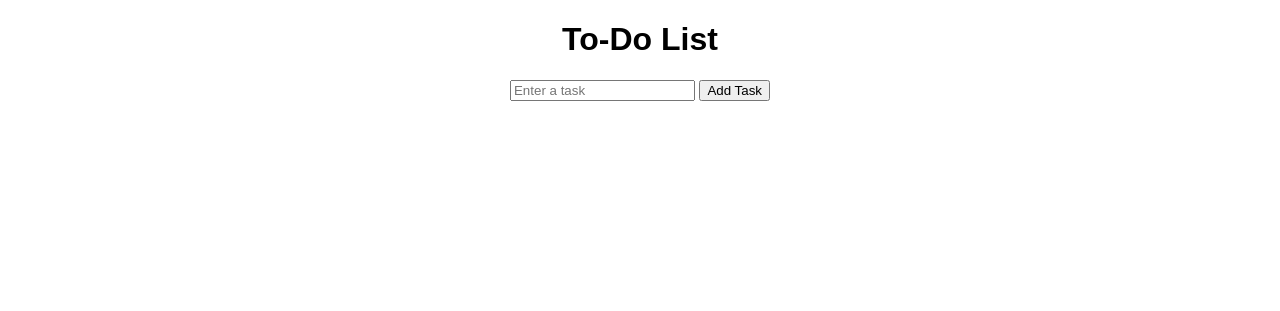
Repository: nightmar3fuel/Orano_JSACTIVITIES
Page: JS02/JS02.html
An editor plug-in stored every save of this project. The page is shown before and after the next save, followed by the edit.
The browser window is 1280 px wide. The pictures show the whole page.

Above is the page before, as saved 2025-01-16 16:30:19.

After the next save:
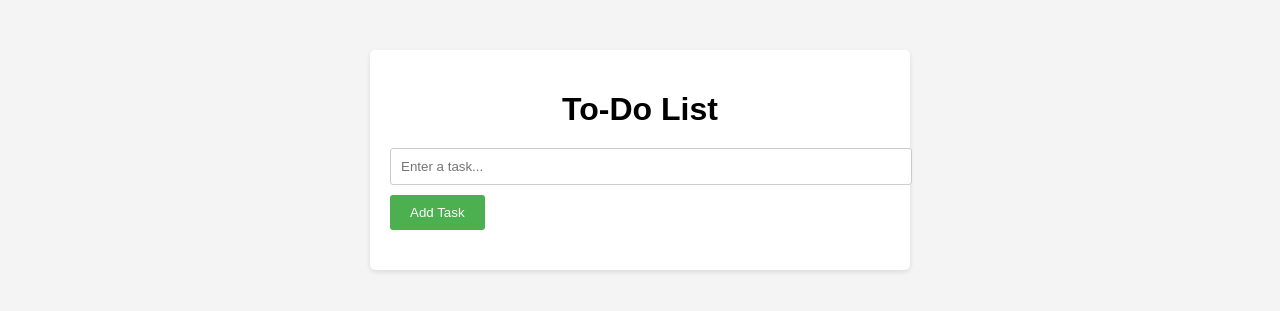
Saved 3 min 24 s later.
--- a/JS02/JS02.html
+++ b/JS02/JS02.html
@@ -1,65 +1,91 @@
 <!DOCTYPE html>
-<html>
+<html lang="en">
 
 <head>
+    <meta charset="UTF-8">
+    <meta name="viewport" content="width=device-width, initial-scale=1.0">
     <title>To-Do List</title>
     <style>
         body {
-            font-family: sans-serif;
+            font-family: Arial, sans-serif;
+            margin: 0;
+            padding: 0;
+            background-color: #f4f4f4;
         }
 
-        #container {
+        .container {
             width: 500px;
-            margin: 0 auto;
-            text-align: center;
+            margin: 50px auto;
+            background-color: #fff;
+            padding: 20px;
+            border-radius: 5px;
+            box-shadow: 0 2px 5px rgba(0, 0, 0, 0.1);
         }
 
-        #taskList {
+        h1 {
+            text-align: center;
+            margin-bottom: 20px;
+        }
+
+        input[type="text"] {
+            width: 100%;
+            padding: 10px;
+            margin-bottom: 10px;
+            border: 1px solid #ccc;
+            border-radius: 3px;
+        }
+
+        button {
+            background-color: #4CAF50;
+            color: white;
+            padding: 10px 20px;
+            border: none;
+            border-radius: 3px;
+            cursor: pointer;
+        }
+
+        ul {
             list-style: none;
             padding: 0;
         }
 
-        #taskList li {
-            margin-bottom: 5px;
+        li {
+            padding: 10px;
+            border-bottom: 1px solid #ccc;
+        }
+
+        .tasks {
+            margin-top: 20px;
         }
     </style>
 </head>
 
 <body>
-    <div id="container">
+    <div class="container">
         <h1>To-Do List</h1>
-        <input type="text" id="newTask" placeholder="Enter a task">
-        <button id="addTaskBtn">Add Task</button>
-        <ul id="taskList"></ul>
+
+        <input type="text" id="newTask" placeholder="Enter a task...">
+        <button id="addTask">Add Task</button>
+
+        <ul id="taskList" class="tasks">
+        </ul>
     </div>
+
     <script>
+        const addTaskButton = document.getElementById('addTask');
         const taskList = document.getElementById('taskList');
         const newTaskInput = document.getElementById('newTask');
-        const addTaskBtn = document.getElementById('addTaskBtn');
 
-        let tasks = [];
+        addTaskButton.addEventListener('click', function() {
+            const taskText = newTaskInput.value;
 
-        addTaskBtn.addEventListener('click', addTask);
-
-        function addTask() {
-            const newTask = newTaskInput.value.trim();
-
-            if (newTask !== "") {
-                tasks.push(newTask);
-                renderTaskList();
-                newTaskInput.value = ""; // Clear input field
+            if (taskText) {
+                const listItem = document.createElement('li');
+                listItem.textContent = taskText;
+                taskList.appendChild(listItem);
+                newTaskInput.value = ''; // Clear input field
             }
-        }
-
-        function renderTaskList() {
-            taskList.innerHTML = '';
-
-            tasks.forEach((task, index) => {
-                const listItem = document.createElement('li');
-                listItem.textContent = `${index + 1}. ${task}`;
-                taskList.appendChild(listItem);
-            });
-        }
+        });
     </script>
 </body>
 
